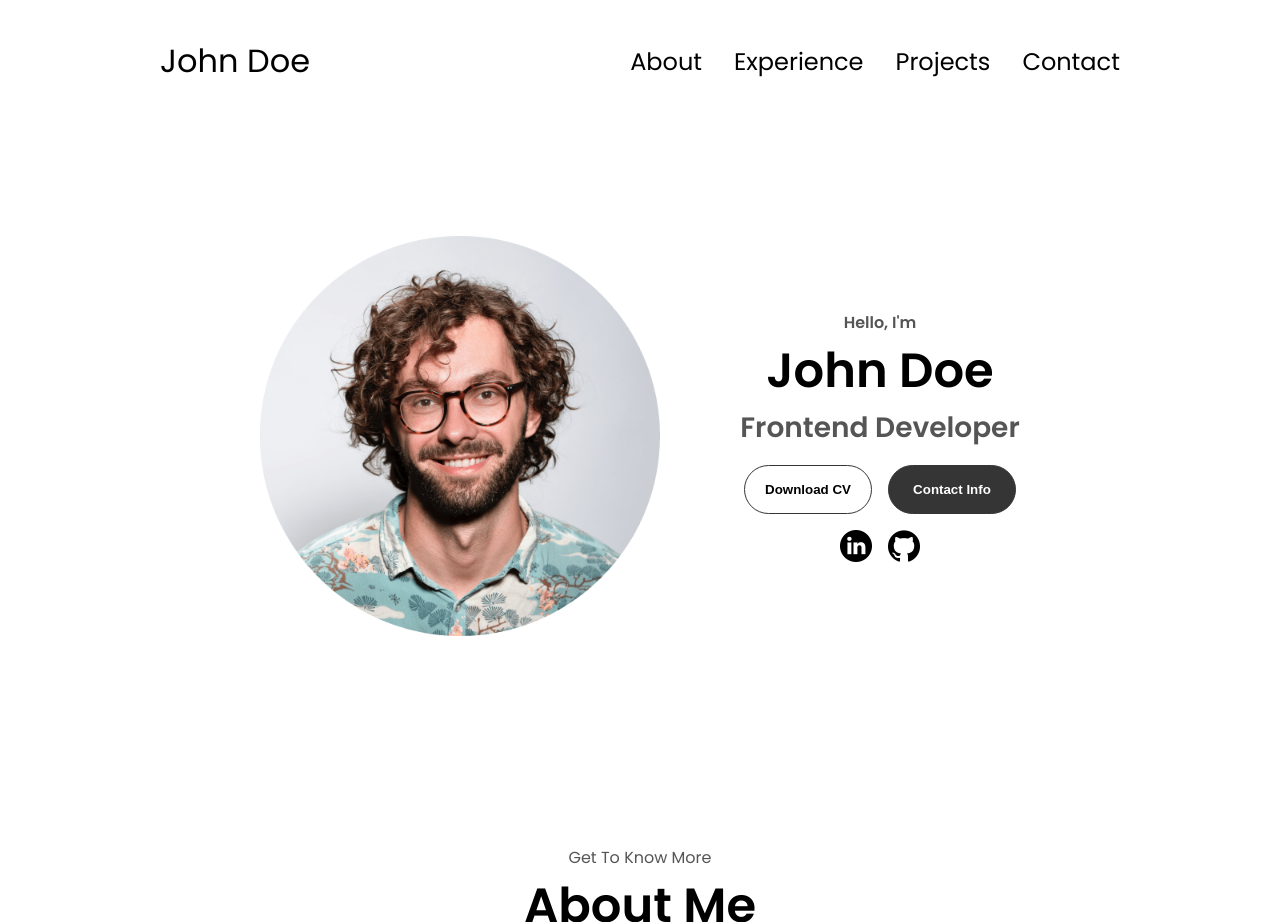
Repository: lastking001/html-css-js-portfolio
Page: index.html
These files come from the project's save history. The page is drawn as it stood at one moment and after a run of saves; the edit follows.
The browser window is 1280 px wide. The pictures show the part of the page from y = 0 to 922 px (the page is 4425 px tall).
A picture or video elsewhere on the page could not be fetched, so the positions and the page height are approximate.

Above is the page before, as saved 2024-07-21 14:32:22.

### index.html
<!DOCTYPE html>
<html lang="en">
  <head>
    <meta charset="UTF-8" />
    <meta http-equiv="X-UA-Compatible" content="IE=edge" />
    <meta name="viewport" content="width=device-width, initial-scale=1.0" />
    <title>My Portfolio</title>
    <link rel="stylesheet" href="style.css" />
    <link rel="stylesheet" href="mediaqueries.css" />
  </head>
  <body>
    <nav id="desktop-nav">
      <div class="logo">John Doe</div>
      <div>
        <ul class="nav-links">
          <li><a href="#about">About</a></li>
          <li><a href="#experience">Experience</a></li>
          <li><a href="#projects">Projects</a></li>
          <li><a href="#contact">Contact</a></li>
        </ul>
      </div>
    </nav>
    <nav id="hamburger-nav">
      <div class="logo">yashujaiswal</div>
      <div class="hamburger-menu">
        <div class="hamburger-icon" onclick="toggleMenu()">
          <span></span>
          <span></span>
          <span></span>
        </div>
        <div class="menu-links">
          <li><a href="#about" onclick="toggleMenu()">About</a></li>
          <li><a href="#experience" onclick="toggleMenu()">Experience</a></li>
          <li><a href="#projects" onclick="toggleMenu()">Projects</a></li>
          <li><a href="#contact" onclick="toggleMenu()">Contact</a></li>
        </div>
      </div>
    </nav>
    <section id="profile">
      <div class="section__pic-container">
        <img src="./assets/profile-pic.png" alt="John Doe profile picture" />
      </div>
      <div class="section__text">
        <p class="section__text__p1">Hello, I'm</p>
        <h1 class="title">John Doe</h1>
        <p class="section__text__p2">Frontend Developer</p>
        <div class="btn-container">
          <button
            class="btn btn-color-2"
            onclick="window.open('./assets/resume-example.pdf')"
          >
            Download CV
          </button>
          <button class="btn btn-color-1" onclick="location.href='./#contact'">
            Contact Info
          </button>
        </div>
        <div id="socials-container">
          <img
            src="./assets/linkedin.png"
            alt="My LinkedIn profile"
            class="icon"
            onclick="location.href='https://linkedin.com/'"
          />
          <img
            src="./assets/github.png"
            alt="My Github profile"
            class="icon"
            onclick="location.href='https://github.com/'"
          />
        </div>
      </div>
    </section>
    <section id="about">
      <p class="section__text__p1">Get To Know More</p>
      <h1 class="title">About Me</h1>
      <div class="section-container">
        <div class="section__pic-container">
          <img
            src="./assets/about-pic.png"
            alt="Profile picture"
            class="about-pic"
          />
        </div>
        <div class="about-details-container">
          <div class="about-containers">
            <div class="details-container">
              <img
                src="./assets/experience.png"
                alt="Experience icon"
                class="icon"
              />
              <h3>Experience</h3>
              <p>2+ years <br />Frontend Development</p>
            </div>
            <div class="details-container">
              <img
                src="./assets/education.png"
                alt="Education icon"
                class="icon"
              />
              <h3>Education</h3>
              <p>B.Sc. Bachelors Degree<br />M.Sc. Masters Degree</p>
            </div>
          </div>
          <div class="text-container">
            <p>
              Lorem ipsum dolor sit amet consectetur adipisicing elit. Hic quis
              reprehenderit et laborum, rem, dolore eum quod voluptate
              exercitationem nobis, nihil esse debitis maxime facere minus sint
              delectus velit in eos quo officiis explicabo deleniti dignissimos.
              Eligendi illum libero dolorum cum laboriosam corrupti quidem,
              reiciendis ea magnam? Nulla, impedit fuga!
            </p>
          </div>
        </div>
      </div>
      <img
        src="./assets/arrow.png"
        alt="Arrow icon"
        class="icon arrow"
        onclick="location.href='./#experience'"
      />
    </section>
    <section id="experience">
      <p class="section__text__p1">Explore My</p>
      <h1 class="title">Experience</h1>
      <div class="experience-details-container">
        <div class="about-containers">
          <div class="details-container">
            <h2 class="experience-sub-title">Frontend Development</h2>
            <div class="article-container">
              <article>
                <img
                  src="./assets/checkmark.png"
                  alt="Experience icon"
                  class="icon"
                />
                <div>
                  <h3>HTML</h3>
                  <p>Experienced</p>
                </div>
              </article>
              <article>
                <img
                  src="./assets/checkmark.png"
                  alt="Experience icon"
                  class="icon"
                />
                <div>
                  <h3>CSS</h3>
                  <p>Experienced</p>
                </div>
              </article>
              <article>
                <img
                  src="./assets/checkmark.png"
                  alt="Experience icon"
                  class="icon"
                />
                <div>
                  <h3>SASS</h3>
                  <p>Intermediate</p>
                </div>
              </article>
              <article>
                <img
                  src="./assets/checkmark.png"
                  alt="Experience icon"
                  class="icon"
                />
                <div>
                  <h3>JavaScript</h3>
                  <p>Basic</p>
                </div>
              </article>
              <article>
                <img
                  src="./assets/checkmark.png"
                  alt="Experience icon"
                  class="icon"
                />
                <div>
                  <h3>TypeScript</h3>
                  <p>Basic</p>
                </div>
              </article>
              <article>
                <img
                  src="./assets/checkmark.png"
                  alt="Experience icon"
                  class="icon"
                />
                <div>
                  <h3>Material UI</h3>
                  <p>Intermediate</p>
                </div>
              </article>
            </div>
          </div>
          <div class="details-container">
            <h2 class="experience-sub-title">Frontend Development</h2>
            <div class="article-container">
              <article>
                <img
                  src="./assets/checkmark.png"
                  alt="Experience icon"
                  class="icon"
                />
                <div>
                  <h3>PostgreSQL</h3>
                  <p>Basic</p>
                </div>
              </article>
              <article>
                <img
                  src="./assets/checkmark.png"
                  alt="Experience icon"
                  class="icon"
                />
                <div>
                  <h3>Node JS</h3>
                  <p>Intermediate</p>
                </div>
              </article>
              <article>
                <img
                  src="./assets/checkmark.png"
                  alt="Experience icon"
                  class="icon"
                />
                <div>
                  <h3>Express JS</h3>
                  <p>Intermediate</p>
                </div>
              </article>
              <article>
                <img
                  src="./assets/checkmark.png"
                  alt="Experience icon"
                  class="icon"
                />
                <div>
                  <h3>Git</h3>
                  <p>Intermediate</p>
                </div>
              </article>
            </div>
          </div>
        </div>
      </div>
      <img
        src="./assets/arrow.png"
        alt="Arrow icon"
        class="icon arrow"
        onclick="location.href='./#projects'"
      />
    </section>
    <section id="projects">
      <p class="section__text__p1">Browse My Recent</p>
      <h1 class="title">Projects</h1>
      <div class="experience-details-container">
        <div class="about-containers">
          <div class="details-container color-container">
            <div class="article-container">
              <img
                src="./assets/project-1.png"
                alt="Project 1"
                class="project-img"
              />
            </div>
            <h2 class="experience-sub-title project-title">Project One</h2>
            <div class="btn-container">
              <button
                class="btn btn-color-2 project-btn"
                onclick="location.href='https://github.com/'"
              >
                Github
              </button>
              <button
                class="btn btn-color-2 project-btn"
                onclick="location.href='https://github.com/'"
              >
                Live Demo
              </button>
            </div>
          </div>
          <div class="details-container color-container">
            <div class="article-container">
              <img
                src="./assets/project-2.png"
                alt="Project 2"
                class="project-img"
              />
            </div>
            <h2 class="experience-sub-title project-title">Project Two</h2>
            <div class="btn-container">
              <button
                class="btn btn-color-2 project-btn"
                onclick="location.href='https://github.com/'"
              >
                Github
              </button>
              <button
                class="btn btn-color-2 project-btn"
                onclick="location.href='https://github.com/'"
              >
                Live Demo
              </button>
            </div>
          </div>
          <div class="details-container color-container">
            <div class="article-container">
              <img
                src="./assets/project-3.png"
                alt="Project 3"
                class="project-img"
              />
            </div>
            <h2 class="experience-sub-title project-title">Project Three</h2>
            <div class="btn-container">
              <button
                class="btn btn-color-2 project-btn"
                onclick="location.href='https://github.com/'"
              >
                Github
              </button>
              <button
                class="btn btn-color-2 project-btn"
                onclick="location.href='https://github.com/'"
              >
                Live Demo
              </button>
            </div>
          </div>
        </div>
      </div>
      <img
        src="./assets/arrow.png"
        alt="Arrow icon"
        class="icon arrow"
        onclick="location.href='./#contact'"
      />
    </section>
    <section id="contact">
      <p class="section__text__p1">Get in Touch</p>
      <h1 class="title">Contact Me</h1>
      <div class="contact-info-upper-container">
        <div class="contact-info-container">
          <img
            src="./assets/email.png"
            alt="Email icon"
            class="icon contact-icon email-icon"
          />
          <p><a href="yashujaiswal101@gmail.com">yashujaiswal101gmail.com</a></p>
        </div>
        <div class="contact-info-container">
          <img
            src="./assets/linkedin.png"
            alt="LinkedIn icon"
            class="icon contact-icon"
          />
          <p><a href="www.linkedin.com/in/yashu-kumar-jaiswal">LinkedIn</a></p>
        </div>
      </div>
    </section>
    <footer>
      <nav>
        <div class="nav-links-container">
          <ul class="nav-links">
            <li><a href="#about">About</a></li>
            <li><a href="#experience">Experience</a></li>
            <li><a href="#projects">Projects</a></li>
            <li><a href="#contact">Contact</a></li>
          </ul>
        </div>
      </nav>
      <p>Copyright 2024 Yashu Jaiswal. All Rights Reserved.</p>
    </footer>
    <script src="script.js"></script>
  </body>
</html>

### style.css
/* GENERAL */

@import url("https://fonts.googleapis.com/css2?family=Poppins:wght@300;400;500;600&display=swap");

* {
  margin: 0;
  padding: 0;
}

body {
  font-family: "Poppins", sans-serif;
}

html {
  scroll-behavior: smooth;
}

p {
  color: rgb(85, 85, 85);
}

/* TRANSITION */

a,
.btn {
  transition: all 300ms ease;
}

/* DESKTOP NAV */

nav,
.nav-links {
  display: flex;
}

nav {
  justify-content: space-around;
  align-items: center;
  height: 17vh;
}

.nav-links {
  gap: 2rem;
  list-style: none;
  font-size: 1.5rem;
}

a {
  color: black;
  text-decoration: none;
  text-decoration-color: white;
}

a:hover {
  color: grey;
  text-decoration: underline;
  text-underline-offset: 1rem;
  text-decoration-color: rgb(181, 181, 181);
}

.logo {
  font-size: 2rem;
}

.logo:hover {
  cursor: default;
}

/* HAMBURGER MENU */

#hamburger-nav {
  display: none;
}

.hamburger-menu {
  position: relative;
  display: inline-block;
}

.hamburger-icon {
  display: flex;
  flex-direction: column;
  justify-content: space-between;
  height: 24px;
  width: 30px;
  cursor: pointer;
}

.hamburger-icon span {
  width: 100%;
  height: 2px;
  background-color: black;
  transition: all 0.3 ease-in-out;
}

.menu-links {
  position: absolute;
  top: 100%;
  right: 0;
  background-color: white;
  width: fit-content;
  max-height: 0;
  overflow: hidden;
  transition: all 0.3 ease-in-out;
}

.menu-links a {
  display: block;
  padding: 10px;
  text-align: center;
  font-size: 1.5rem;
  color: black;
  text-decoration: none;
  transition: all 0.3 ease-in-out;
}

.menu-links li {
  list-style: none;
}

.menu-links.open {
  max-height: 300px;
}

.hamburger-icon.open span:first-child {
  transform: rotate(45deg) translate(10px, 5px);
}

.hamburger-icon.open span:nth-child(2) {
  opacity: 0;
}

.hamburger-icon.open span:last-child {
  transform: rotate(-45deg) translate(10px, -5px);
}

.hamburger-icon span:first-child {
  transform: none;
}

.hamburger-icon span:first-child {
  opacity: 1;
}

.hamburger-icon span:first-child {
  transform: none;
}

/* SECTIONS */

section {
  padding-top: 4vh;
  height: 96vh;
  margin: 0 10rem;
  box-sizing: border-box;
  min-height: fit-content;
}

.section-container {
  display: flex;
}

/* PROFILE SECTION */

#profile {
  display: flex;
  justify-content: center;
  gap: 5rem;
  height: 80vh;
}

.section__pic-container {
  display: flex;
  height: 400px;
  width: 400px;
  margin: auto 0;
}

.section__text {
  align-self: center;
  text-align: center;
}

.section__text p {
  font-weight: 600;
}

.section__text__p1 {
  text-align: center;
}

.section__text__p2 {
  font-size: 1.75rem;
  margin-bottom: 1rem;
}

.title {
  font-size: 3rem;
  text-align: center;
}

#socials-container {
  display: flex;
  justify-content: center;
  margin-top: 1rem;
  gap: 1rem;
}

/* ICONS */

.icon {
  cursor: pointer;
  height: 2rem;
}

/* BUTTONS */

.btn-container {
  display: flex;
  justify-content: center;
  gap: 1rem;
}

.btn {
  font-weight: 600;
  transition: all 300ms ease;
  padding: 1rem;
  width: 8rem;
  border-radius: 2rem;
}

.btn-color-1,
.btn-color-2 {
  border: rgb(53, 53, 53) 0.1rem solid;
}

.btn-color-1:hover,
.btn-color-2:hover {
  cursor: pointer;
}

.btn-color-1,
.btn-color-2:hover {
  background: rgb(53, 53, 53);
  color: white;
}

.btn-color-1:hover {
  background: rgb(0, 0, 0);
}

.btn-color-2 {
  background: none;
}

.btn-color-2:hover {
  border: rgb(255, 255, 255) 0.1rem solid;
}

.btn-container {
  gap: 1rem;
}

/* ABOUT SECTION */

#about {
  position: relative;
}

.about-containers {
  gap: 2rem;
  margin-bottom: 2rem;
  margin-top: 2rem;
}

.about-details-container {
  justify-content: center;
  flex-direction: column;
}

.about-containers,
.about-details-container {
  display: flex;
}

.about-pic {
  border-radius: 2rem;
}

.arrow {
  position: absolute;
  right: -5rem;
  bottom: 2.5rem;
}

.details-container {
  padding: 1.5rem;
  flex: 1;
  background: white;
  border-radius: 2rem;
  border: rgb(53, 53, 53) 0.1rem solid;
  border-color: rgb(163, 163, 163);
  text-align: center;
}

.section-container {
  gap: 4rem;
  height: 80%;
}

.section__pic-container {
  height: 400px;
  width: 400px;
  margin: auto 0;
}

/* EXPERIENCE SECTION */

#experience {
  position: relative;
}

.experience-sub-title {
  color: rgb(85, 85, 85);
  font-weight: 600;
  font-size: 1.75rem;
  margin-bottom: 2rem;
}

.experience-details-container {
  display: flex;
  justify-content: center;
  flex-direction: column;
}

.article-container {
  display: flex;
  text-align: initial;
  flex-wrap: wrap;
  flex-direction: row;
  gap: 2.5rem;
  justify-content: space-around;
}

article {
  display: flex;
  width: 10rem;
  justify-content: space-around;
  gap: 0.5rem;
}

article .icon {
  cursor: default;
}

/* PROJECTS SECTION */

#projects {
  position: relative;
}

.color-container {
  border-color: rgb(163, 163, 163);
  background: rgb(250, 250, 250);
}

.project-img {
  border-radius: 2rem;
  width: 90%;
  height: 90%;
}

.project-title {
  margin: 1rem;
  color: black;
}

.project-btn {
  color: black;
  border-color: rgb(163, 163, 163);
}

/* CONTACT */

#contact {
  display: flex;
  justify-content: center;
  flex-direction: column;
  height: 70vh;
}

.contact-info-upper-container {
  display: flex;
  justify-content: center;
  border-radius: 2rem;
  border: rgb(53, 53, 53) 0.1rem solid;
  border-color: rgb(163, 163, 163);
  background: (250, 250, 250);
  margin: 2rem auto;
  padding: 0.5rem;
}

.contact-info-container {
  display: flex;
  align-items: center;
  justify-content: center;
  gap: 0.5rem;
  margin: 1rem;
}

.contact-info-container p {
  font-size: larger;
}

.contact-icon {
  cursor: default;
}

.email-icon {
  height: 2.5rem;
}

/* FOOTER SECTION */

footer {
  height: 26vh;
  margin: 0 1rem;
}

footer p {
  text-align: center;
}

### mediaqueries.css
@media screen and (max-width: 1400px) {
    #profile {
      height: 83vh;
      margin-bottom: 6rem;
    }
    .about-containers {
      flex-wrap: wrap;
    }
    #contact,
    #projects {
      height: fit-content;
    }
  }

  @media screen and (max-width: 1200px) {
    #desktop-nav {
      display: none;
    }
    #hamburger-nav {
      display: flex;
    }
    #experience,
    .experience-details-container {
      margin-top: 2rem;
    }
    #profile,
    .section-container {
      display: block;
    }
    .arrow {
      display: none;
    }
    section,
    .section-container {
      height: fit-content;
    }
    section {
      margin: 0 5%;
    }
    .section__pic-container {
      width: 275px;
      height: 275px;
      margin: 0 auto 2rem;
    }
    .about-containers {
      margin-top: 0;
    }
  }

  @media screen and (max-width: 600px) {
    #contact,
    footer {
      height: 40vh;
    }
    #profile {
      height: 83vh;
      margin-bottom: 0;
    }
    article {
      font-size: 1rem;
    }
    footer nav {
      height: fit-content;
      margin-bottom: 2rem;
    }
    .about-containers,
    .contact-info-upper-container,
    .btn-container {
      flex-wrap: wrap;
    }
    .contact-info-container {
      margin: 0;
    }
    .contact-info-container p,
    .nav-links li a {
      font-size: 1rem;
    }
    .experience-sub-title {
      font-size: 1.25rem;
    }
    .logo {
      font-size: 1.5rem;
    }
    .nav-links {
      flex-direction: column;
      gap: 0.5rem;
      text-align: center;
    }
    .section__pic-container {
      width: auto;
      height: 46vw;
      justify-content: center;
    }
    .section__text__p2 {
      font-size: 1.25rem;
    }
    .title {
      font-size: 2rem;
    }
    .text-container {
      text-align: justify;
    }
  }

Loaded but not shown: script.js (common file)

After the next 4 saves:
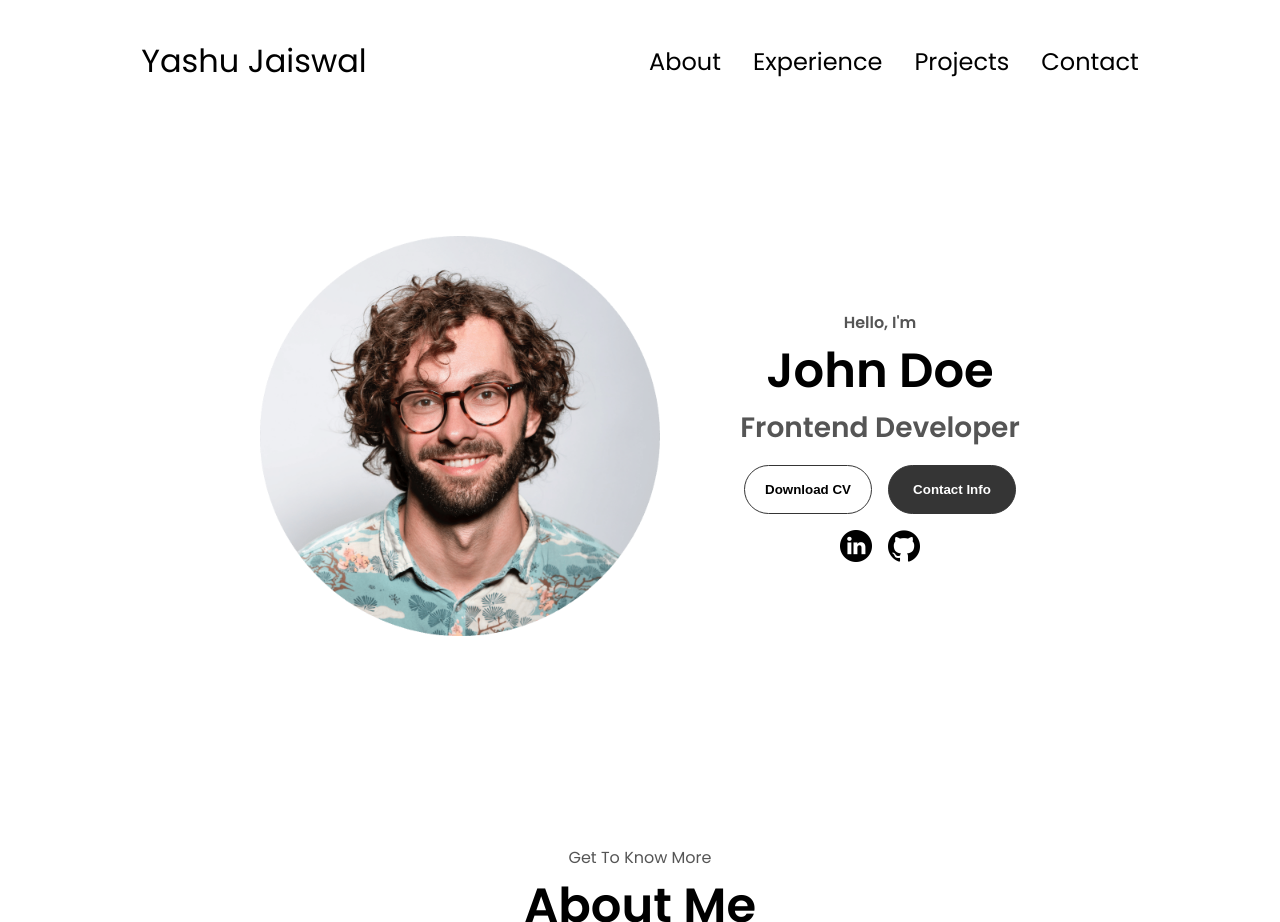
The 4 saves are shown as one change because they came seconds apart.
The last was saved 34 s later.
--- a/index.html
+++ b/index.html
@@ -10,7 +10,7 @@
   </head>
   <body>
     <nav id="desktop-nav">
-      <div class="logo">John Doe</div>
+      <div class="logo">Yashu Jaiswal</div>
       <div>
         <ul class="nav-links">
           <li><a href="#about">About</a></li>
@@ -21,7 +21,7 @@
       </div>
     </nav>
     <nav id="hamburger-nav">
-      <div class="logo">yashujaiswal</div>
+      <div class="logo">yashu jaiswal</div>
       <div class="hamburger-menu">
         <div class="hamburger-icon" onclick="toggleMenu()">
           <span></span>
